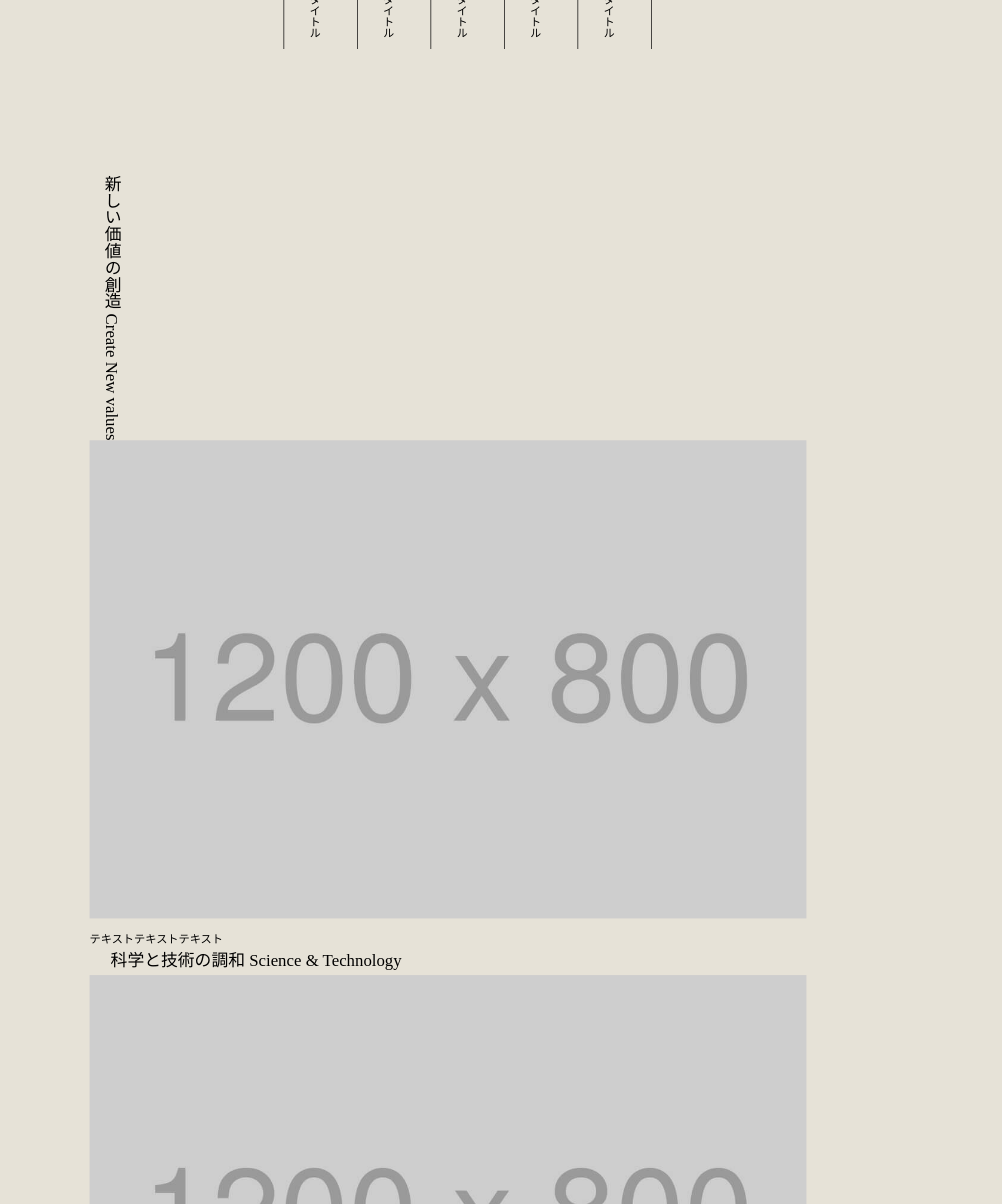
Repository: Fuki-san/wagashi
Page: http://localhost/wagashi
An editor plug-in stored every save of this project. The page is shown before and after the next save, followed by the edit.
The browser window is 1280 px wide. The page is 1432 px wide, so the pictures cover 1432 px, including what lies to the right of the window. The pictures show the part of the page from y = 1300 to 3020 px (the page is 4275 px tall before and 4006 px after), at 70% of full size.
The page is served by the project's Laravel application, run on PHP 8.4 with Laravel 10.

Above is the page before, as saved 2023-12-09 16:38:59.

After the next save:
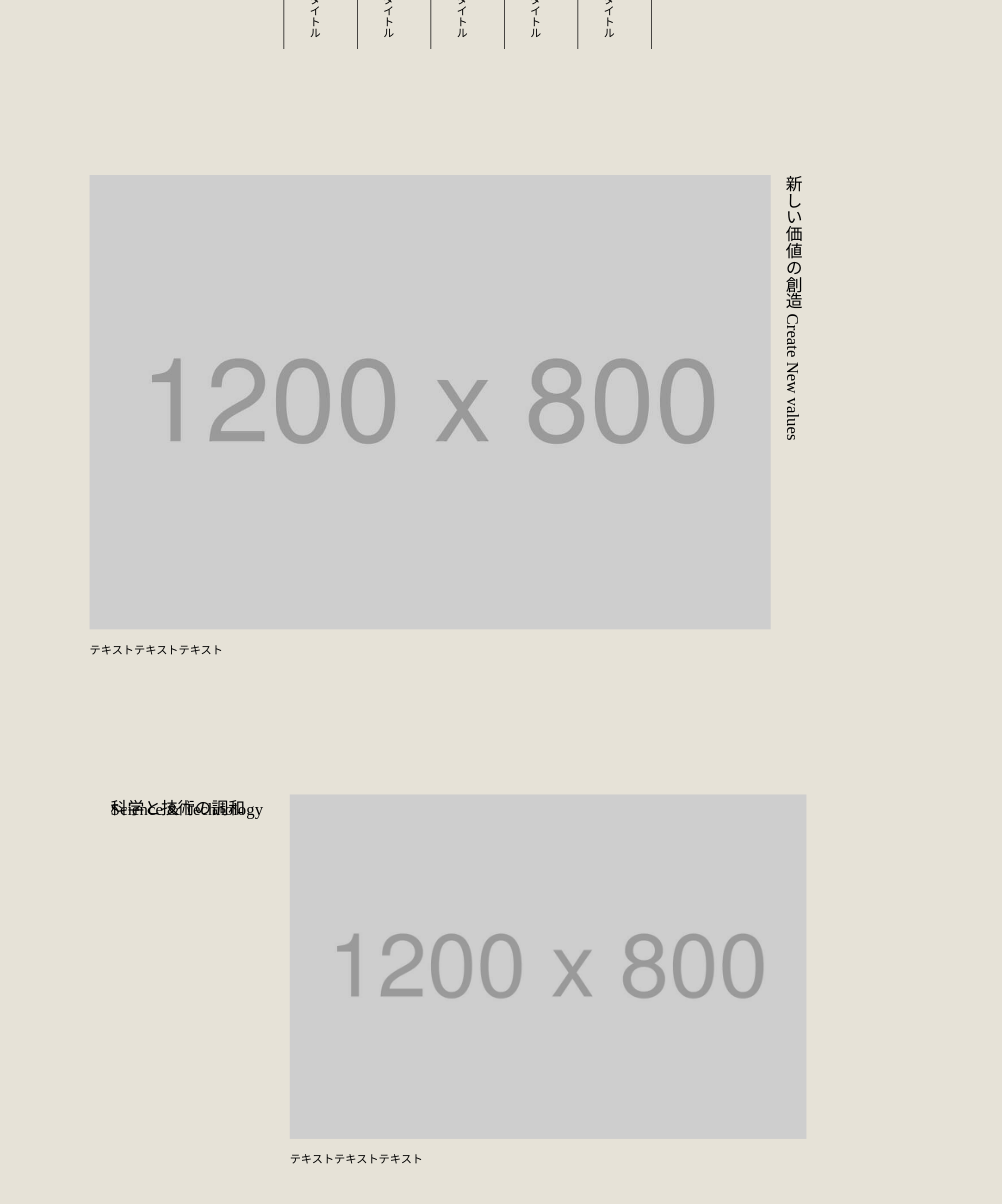
Saved 5 s later.
--- a/public/css/style.css
+++ b/public/css/style.css
@@ -123,7 +123,7 @@ li{
 }
 
 /* produ */
-#products{
+.products{
     display: flex;
     margin-bottom: 180px;
 }
